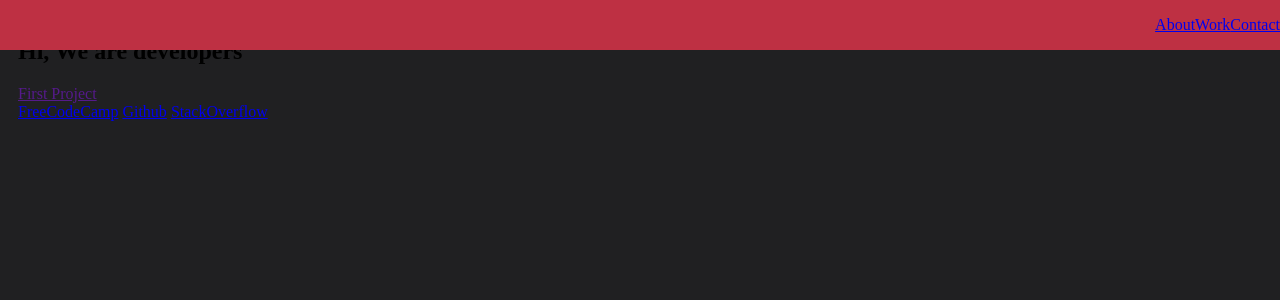
Repository: justicebhekani88/microverse_portfolio_project
Page: index.html
These files come from the project's save history. The page is drawn as it stood at one moment and after the next save; the edit follows.
The browser window is 1280 px wide. The pictures show the whole page.

Above is the page before, as saved 2022-07-21 14:48:24.

After the next save:
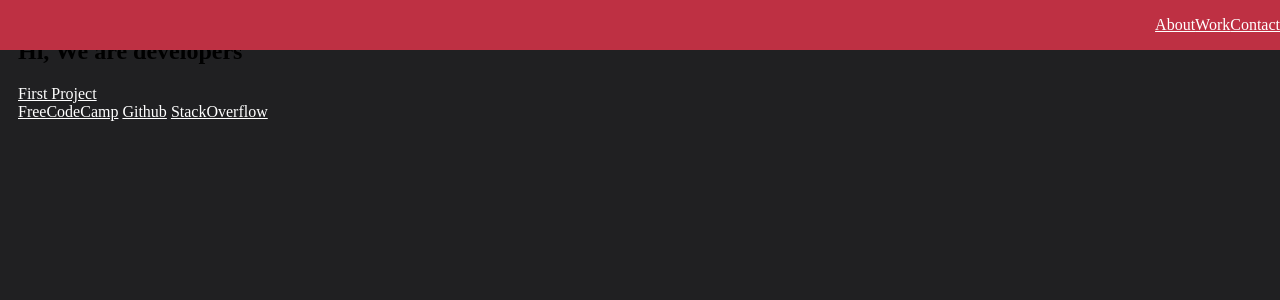
Saved 6 s later.
--- a/style.css
+++ b/style.css
@@ -17,7 +17,7 @@ nav {
     display: flex;
 }
 
-li {
+li, a {
     list-style: none;
     color: white;
 }
